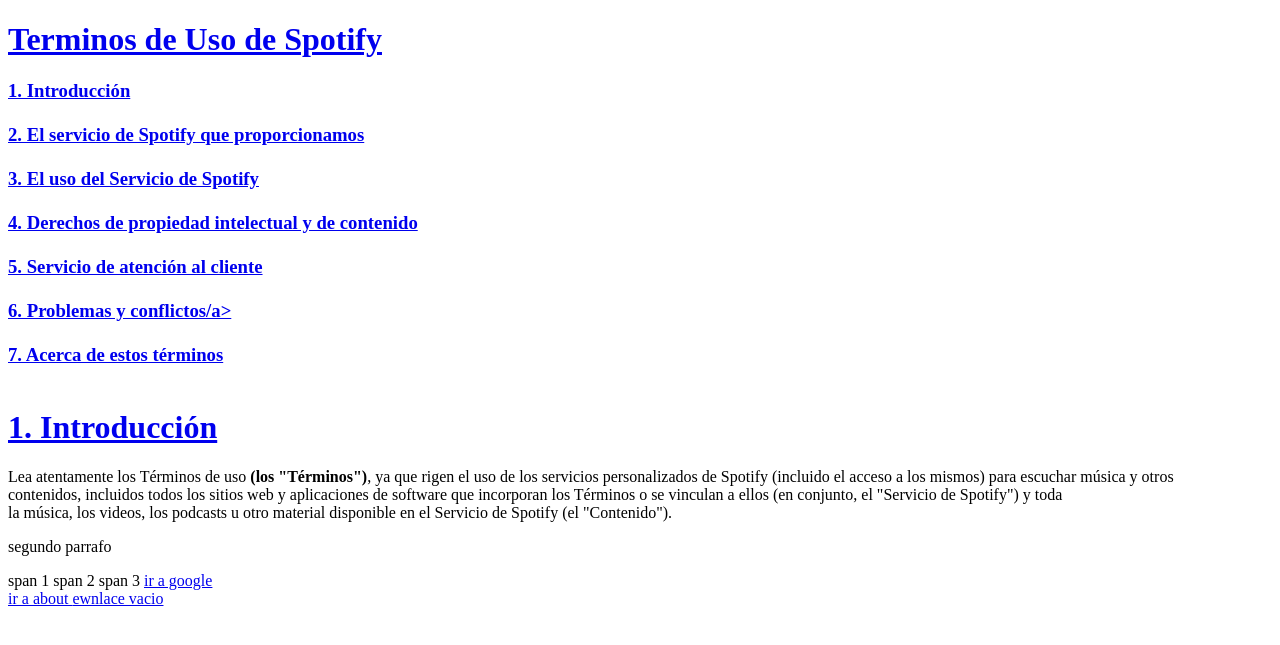
Repository: Devbenitez/Gen_30
Page: Gen_30/maquetado/index.html
The author's editor kept a copy of each file at every save. The page is drawn from the files as they stood at one save, then again after the next save.
The browser window is 1280 px wide. The pictures show the whole page.

Above is the page before, as saved 2023-10-31 04:00:11.

### Gen_30/maquetado/index.html
<!DOCTYPE html>
<!-- especificamos el lenguage con el que trabaja nuestra pagina -->
<html lang="es">
  <head>
    <meta charset="UTF-8" />
    <meta name="description" content="Primera pagina del modulo de Maquetado" />
    <meta name="author" content="Daniel Benitez" />
    <title>Maquetado - clase 1</title>
  </head>
  <body>
    <!-- etiquetas contededores -->
    <!-- <div>asdasdasd</div>
    <section>dasdasdasd</section>
    <article>asdasd</article>
    <main>
-->
    <main>
      <!--  etiquetas de texto -->
      <h1>
        <a href="#"> Terminos de Uso de Spotify</a></h1>

      <h3>
        <a href="#">1. Introducción</a>
        <br />
        <br />
        <a href="#">2. El servicio de Spotify que proporcionamos</a>
        <br />
        <br />
        <a href="#">3. El uso del Servicio de Spotify</a>
        <br />
        <br />
        <a href="#">4. Derechos de propiedad intelectual y de contenido</a>
        <br />
        <br />
        <a href="#">5. Servicio de atención al cliente</a>
        <br />
        <br />
        <a href="#">6. Problemas y conflictos/a>
        <br />
        <br />
        <a href="#">7. Acerca de estos términos</a>
        <br />
        <br />
      </h3>
      <h1>
        <a href="#"> 1. Introducción</a></h1>

      <!-- parrafos -->
      <p>
        Lea atentamente los Términos de uso <b>(los "Términos")</b>, ya que rigen el uso de los servicios personalizados de Spotify (incluido el acceso a los mismos) para escuchar música y otros <br />
         contenidos, incluidos todos los sitios web y aplicaciones de software que incorporan los Términos o se vinculan a ellos (en conjunto, el "Servicio de Spotify") y toda <br />
          la música, los videos, los podcasts u otro material disponible en el Servicio de Spotify (el "Contenido").<br />
      </p>
      <p>segundo parrafo</p>
      <!-- spans -->
      <span> span 1 </span>
      <span> span 2 </span>
      <span> span 3</span>
      <!-- enlaces -->
      <a href="https://www.google.com/" target="_blank"> ir a google </a>
      <br />
      <a href="./pages/about.html"> ir a about </a>
      <a href="#"> ewnlace vacio </a>
      <!-- imagenes
            .jpg | .jpeg
            .png
            .gif
            .svg
            .webp
     -->
        </main>
  </body>
</html>

After the next save:
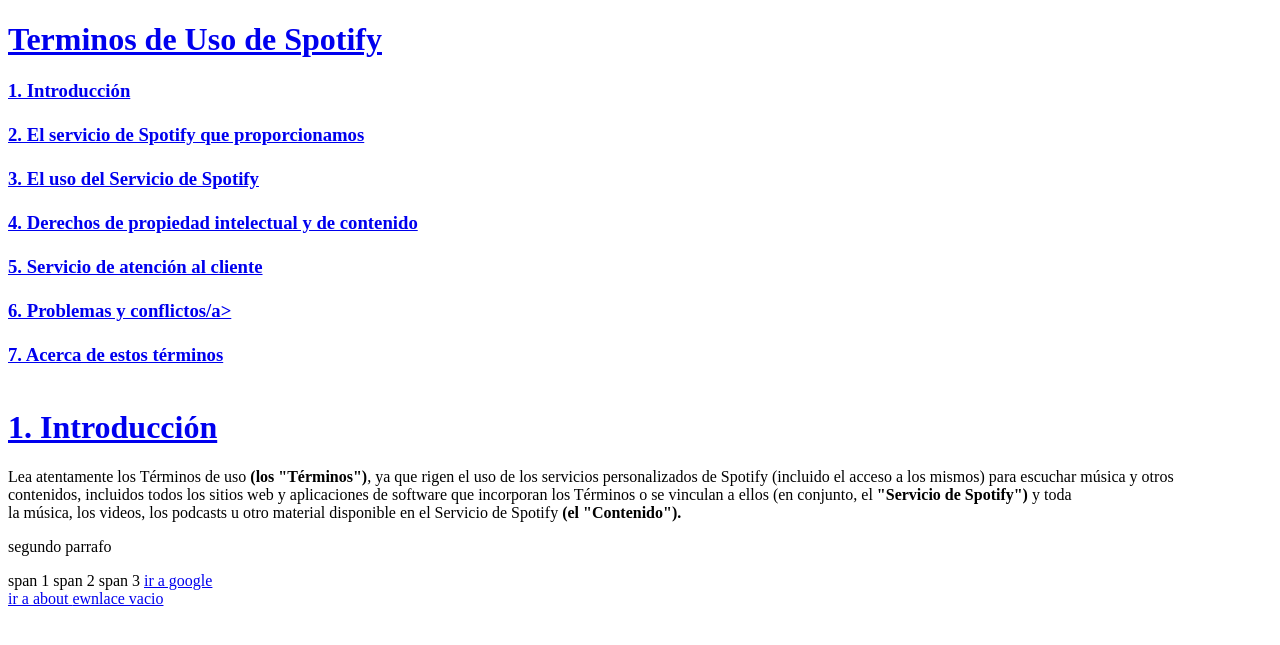
Saved 92 s later.
--- a/Gen_30/maquetado/index.html
+++ b/Gen_30/maquetado/index.html
@@ -48,8 +48,8 @@
       <!-- parrafos -->
       <p>
         Lea atentamente los Términos de uso <b>(los "Términos")</b>, ya que rigen el uso de los servicios personalizados de Spotify (incluido el acceso a los mismos) para escuchar música y otros <br />
-         contenidos, incluidos todos los sitios web y aplicaciones de software que incorporan los Términos o se vinculan a ellos (en conjunto, el "Servicio de Spotify") y toda <br />
-          la música, los videos, los podcasts u otro material disponible en el Servicio de Spotify (el "Contenido").<br />
+         contenidos, incluidos todos los sitios web y aplicaciones de software que incorporan los Términos o se vinculan a ellos (en conjunto, el <b>"Servicio de Spotify")</b> y toda <br />
+          la música, los videos, los podcasts u otro material disponible en el Servicio de Spotify <b>(el "Contenido").</b><br />
       </p>
       <p>segundo parrafo</p>
       <!-- spans -->
